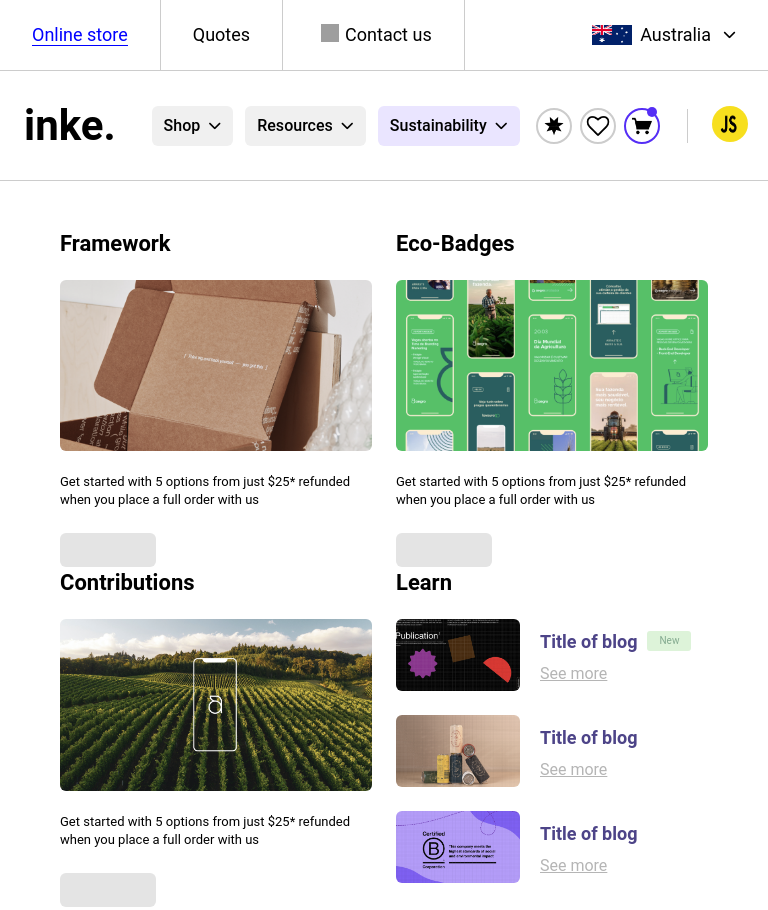
Repository: NguyenMinhKhanhB1909929/Practice_HTML-01
Page: index.html
An editor plug-in stored every save of this project. The page is shown before and after the next save, followed by the edit.
The browser window is 768 px wide. The pictures show the whole page.
Pictures or frames that could not be fetched are drawn as grey boxes. Some web libraries are served in a nearby version.

Above is the page before, as saved 2022-04-07 18:54:22.

### index.html
<!DOCTYPE html>
<html lang="en">
  <head>
    <meta charset="UTF-8" />
    <meta http-equiv="X-UA-Compatible" content="IE=edge" />
    <meta name="viewport" content="width=device-width, initial-scale=1.0" />
    <title>Practice 1</title>
    <link rel="stylesheet" href="./asset/style/style.css" />
    <link
      rel="stylesheet"
      href="https://cdnjs.cloudflare.com/ajax/libs/font-awesome/6.1.1/css/all.min.css"
    />
  </head>
  <body>
    <div class="main">
      <header class="header">
        <div class="header__about">
          <div class="header__about-text">
            <a href="" class="active">Online store</a>
          </div>
          <div class="header__about-text">
            <a href="">Quotes</a>
          </div>
          <div class="header__about-text">
            <img
              src="https://emojipedia-us.s3.dualstack.us-west-1.amazonaws.com/thumbs/120/google/313/waving-hand_1f44b.png"
              alt=""
              class="header__about-text__img"
            />
            <p class="m-0">
              <a href="">Contact us</a>
            </p>
          </div>
        </div>
        <div class="header__nation">
          <div class="header__nation-wrap">
            <div class="header__nation-flag">
              <img
                src="./asset/img/Australia.svg.webp"
                alt="abc"
                class="header__nation-flag-img"
              />
            </div>
            <div class="header__nation-name">
              <p class="m-0">Australia</p>
            </div>
            <div class="header__nation-icon">
              <i class="fa-solid fa-chevron-down"></i>
            </div>
          </div>
        </div>
      </header>
      <nav class="nav">
        <div class="nav__category">
          <div class="nav__logo">
            <a href="" class="nav__logo-link">inke.</a>
          </div>

          <div class="nav__category-opt">
            <p class="nav__category-opt-name">Shop</p>
            <div class="nav__category-opt-icon">
              <i class="fa-solid fa-chevron-down"></i>
            </div>
          </div>

          <div class="nav__category-opt">
            <p class="nav__category-opt-name">Resources</p>
            <div class="nav__category-opt-icon">
              <i class="fa-solid fa-chevron-down"></i>
            </div>
          </div>
          <div class="nav__category-opt active-btn">
            <p class="nav__category-opt-name">Sustainability</p>
            <div class="nav__category-opt-icon">
              <i class="fa-solid fa-chevron-down"></i>
            </div>
          </div>
        </div>
        <div class="nav__wrap">
          <div class="nav__icon-wrap">
            <div class="nav__icon">
              <img
                src="./asset/img/seven-pointed-star-vector-icon-seven-pointed-star-icon-vector-seven-pointed-star-icon-seven-pointed-star-vector-icon-96183751.jpg"
                alt=""
                class="nav__icon-img"
              />
            </div>
            <div class="nav__icon">
              <img
                src="./asset/img/heart-icon-free-vector.jpg"
                alt=""
                class="nav__icon-img"
              />
            </div>
            <div class="nav__icon active-icon">
              <img
                src="./asset/img/cart-icon-20.jpg"
                alt=""
                class="nav__icon-img"
              />
            </div>
          </div>
          <div class="nav__dash-wrap">
            <div class="nav__das-group">
              <p class="m-0 nav__das-text">Dashboard</p>
              <div class="nav__dash-icon">
                <i class="fa-solid fa-chevron-down"></i>
              </div>
            </div>
            <div class="nav__dash-user">
              <img
                src="./asset/img/images.png"
                alt=""
                class="nav__dash-user-img"
              />
            </div>
          </div>
        </div>
      </nav>
      <div class="container">
        <div class="row">
          <div class="col">
            <div class="container__heading">
              <p class="m-0 container__heading-name">Framework</p>
            </div>
            <div class="container__content">
              <img
                src="./asset/img/image 1.PNG"
                alt=""
                class="container__content-img"
              />
              <p class="container__content-desc">
                Get started with 5 options from just $25* refunded when you
                place a full order with us
              </p>
            </div>
            <button class="btn"></button>
          </div>
          <div class="col">
            <div class="container__heading">
              <p class="m-0 container__heading-name">Eco-Badges</p>
            </div>
            <div class="container__content">
              <img
                src="./asset/img/image2.PNG"
                alt=""
                class="container__content-img"
              />
              <p class="container__content-desc">
                Get started with 5 options from just $25* refunded when you
                place a full order with us
              </p>
            </div>
            <button class="btn"></button>
          </div>
          <div class="col">
            <div class="container__heading">
              <p class="m-0 container__heading-name">Contributions</p>
            </div>
            <div class="container__content">
              <img
                src="./asset/img/image3.PNG"
                alt=""
                class="container__content-img"
              />
              <p class="container__content-desc">
                Get started with 5 options from just $25* refunded when you
                place a full order with us
              </p>
            </div>
            <button class="btn"></button>
          </div>
          <div class="col">
            <div class="container__heading">
              <p class="m-0 container__heading-name">Learn</p>
            </div>
            <div class="container__content">
              <div class="container__content-group">
                <div class="container__content-group-img">
                  <img
                    src="./asset/img/image4.PNG"
                    alt=""
                    class="content-img"
                  />
                </div>
                <div class="container__content-group-title-more">
                  <div class="container__content-title-group">
                    <p class="container__content-title">Title of blog</p>
                    <a class="container__content-title-btn">New</a>
                  </div>
                  <a href="" class="container__content-more">See more</a>
                </div>
              </div>
              <div class="container__content-group">
                <div class="container__content-group-img">
                  <img
                    src="./asset/img/image6.PNG"
                    alt=""
                    class="content-img"
                  />
                </div>
                <div class="container__content-group-title-more">
                  <p class="container__content-title">Title of blog</p>
                  <a href="" class="container__content-more">See more</a>
                </div>
              </div>
              <div class="container__content-group">
                <div class="container__content-group-img">
                  <img
                    src="./asset/img/image7.PNG"
                    alt=""
                    class="content-img"
                  />
                </div>
                <div class="container__content-group-title-more">
                  <p class="container__content-title">Title of blog</p>
                  <a href="" class="container__content-more">See more</a>
                </div>
              </div>
            </div>
          </div>
        </div>
      </div>
    </div>
  </body>
</html>

### asset/style/style.css
* {
  box-sizing: border-box;
  margin: 0;
  font-family: "Roboto", sans-serif;
}
.m-0 {
  margin: 0;
}
.main {
}
.header {
  padding: 0 30px;
  display: flex;
  font-size: 18px;
  justify-content: space-between;
  border-bottom: 1px solid #ccc;
}
.header__about {
  display: flex;
}
.header__about-text {
  padding: 24px 32px;
  display: flex;
  border-right: 1px solid #ccc;
}
.header__about-text:hover a {
  color: blue;
  cursor: pointer;
}
.header__about-text__img {
  width: 18px;
  height: 18px;
  display: flex;
  align-items: center;
  margin: 0 6px;
}
.header__nation-wrap {
  display: flex;
}
.header__nation-flag {
  display: flex;
  align-items: center;
}
.header__nation-flag-img {
  width: 40px;
}
.header__nation-name {
  padding: 24px 8px;
}
.header__nation-icon {
  display: flex;
  align-items: center;
  margin: 0 32px 0 4px;
  font-size: 13px;
}
.active {
  color: blue;
  border-bottom: 1px solid blue;
}
a {
  text-decoration: none;
  color: #000;
}

.nav {
  padding: 30px 62px;
  display: flex;
  font-size: 18px;
  justify-content: space-between;
  align-items: center;
  border-bottom: 1px solid #ccc;
}
.nav__category {
  display: flex;
  align-items: center;
}
.nav__logo {
  padding: 0 24px;
}
.nav__logo-link {
  font-size: 42px;
  font-weight: bold;
}
.nav__wrap {
  display: flex;
  align-items: center;
}
.nav__icon-wrap {
  display: flex;
  padding-right: 20px;
  position: relative;
  align-items: center;
  position: relative;
}

.nav__icon {
  width: 36px;
  height: 36px;
  border-radius: 100rem;
  border: 2px solid #ccc;
  display: flex;
  justify-content: center;
  align-items: center;
  margin-right: 8px;
}
.active-icon {
  border: 2px solid #552ef5;
  position: relative;
}
.active-icon::after {
  content: "";
  display: block;
  width: 10px;
  height: 10px;
  background-color: #552ef5;
  position: absolute;
  border-radius: 100rem;
  top: -3px;
  right: 1px;
}
.nav__icon-wrap::after {
  content: "";
  position: absolute;
  display: block;
  height: 34px;
  width: 1px;
  background-color: #ccc;
  right: 0;
  top: 50%;
  transform: translateY(-50%);
}
.nav__dash-wrap {
  display: flex;
  align-items: center;
}
.nav__das-text {
  margin-left: 28px;
}
.nav__dash-icon {
  font-size: 13px;
  margin: 0 12px;
}

.nav__category-opt {
  width: 140px;
  height: 40px;
  border-radius: 6px;
  border: none;
  background-color: #f0f0f0;
  margin-left: 12px;
  padding: 0 12px;
  display: flex;
  align-items: center;
  justify-content: space-between;
  font-size: 16px;
  font-weight: 500;
}
.nav__category-opt:hover {
  background-color: #eae5ff;
}
.nav__category-opt-icon {
  font-size: 13px;
  font-weight: bold;
}
.nav__dash-user {
  margin-left: 8px;
}
.nav__dash-user-img {
  width: 36px;
  border-radius: 100rem;
  height: 36px;
}
.nav__icon-img {
  width: 28px;
  height: 28px;
  border-radius: 100rem;
}
.active-btn {
  background-color: #eae5ff;
}
.container {
  margin: 0 120px;
  padding: 50px 0 0 0;
}
.row {
  display: flex;
}
.col {
  width: 25%;
  padding: 0 12px;
}
.container__heading {
}

.container__heading-name {
  font-size: 22px;
  font-weight: 600;
}
.container__content {
  margin-top: 24px;
}
.container__content-img {
  width: 100%;
  border-radius: 6px;
  margin-bottom: 18px;
}
.container__content-desc {
  font-size: 13px;
  line-height: 18px;
}
.btn {
  height: 34px;
  width: 96px;
  background-color: #e4e4e4;
  border: none;
  border-radius: 6px;
  margin-top: 24px;
}
.container__content-group {
  display: flex;
  margin-bottom: 20px;
}
.container__content-group-img {
  margin-right: 20px;
}
.content-img {
  height: 72px;
  width: 124px;
  border-radius: 6px;
}
.container__content-group-title-more {
  display: flex;
  flex-direction: column;
  justify-content: space-evenly;
}
.container__content-title-group {
  display: flex;
}
.container__content-title {
  font-size: 18px;
  font-weight: 600;
  color: #4d4488;
  margin-right: 10px;
}
.container__content-title-btn {
  font-size: 10px;
  background-color: #ddf3d9;
  width: 44px;
  height: 20px;
  border-radius: 3px;
  text-align: center;
  line-height: 20px;
  color: #84aa90;
}
.container__content-more {
  font-size: 16px;
  color: #b5b5b5;
  text-decoration: underline;
}
.nav__das-group {
  display: flex;
  align-items: center;
}

/* ---------------------Responsive------------------- */
/* PC */
@media screen and (min-width: 64em) {
  * {
    color: blue;
  }
}
/* Tablet */
@media screen and (min-width: 46.25em) and (max-width: 63.9375em) {
  /* Header */
  .header {
    padding: 0;
  }
  /* Nav */
  .nav {
    padding-left: 0;
    padding-right: 0;
  }
  .nav__das-group {
    display: none;
  }
  .nav__category-opt {
    width: auto;
  }
  .nav__category-opt-name {
    margin-right: 8px;
  }
  .nav__dash-user {
    margin-left: 24px;
    margin-right: 20px;
  }
  /* Container */
  .container {
    margin: 0 48px;
  }
  .row {
    flex-wrap: wrap;
  }
  .col {
    width: 50%;
  }
}

/* Mobile */
@media screen and (max-width: 46.1875em) {
  * {
    color: red;
  }
}

After the next save:
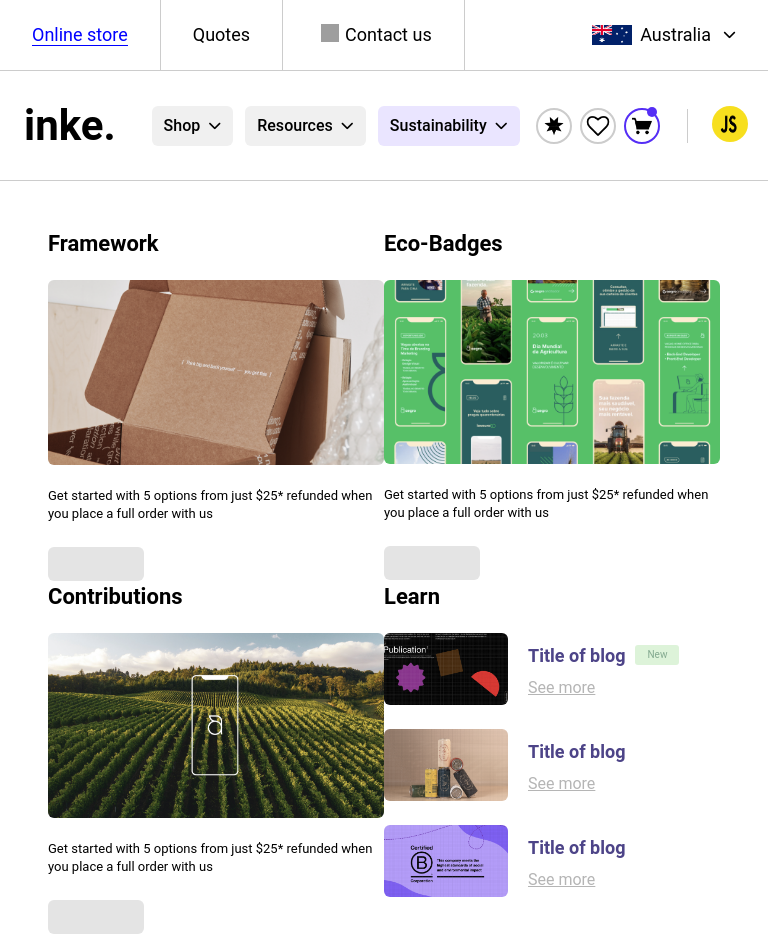
Saved 41 s later.
--- a/asset/style/style.css
+++ b/asset/style/style.css
@@ -302,6 +302,7 @@ a {
   }
   .col {
     width: 50%;
+    padding: 0;
   }
 }
 
